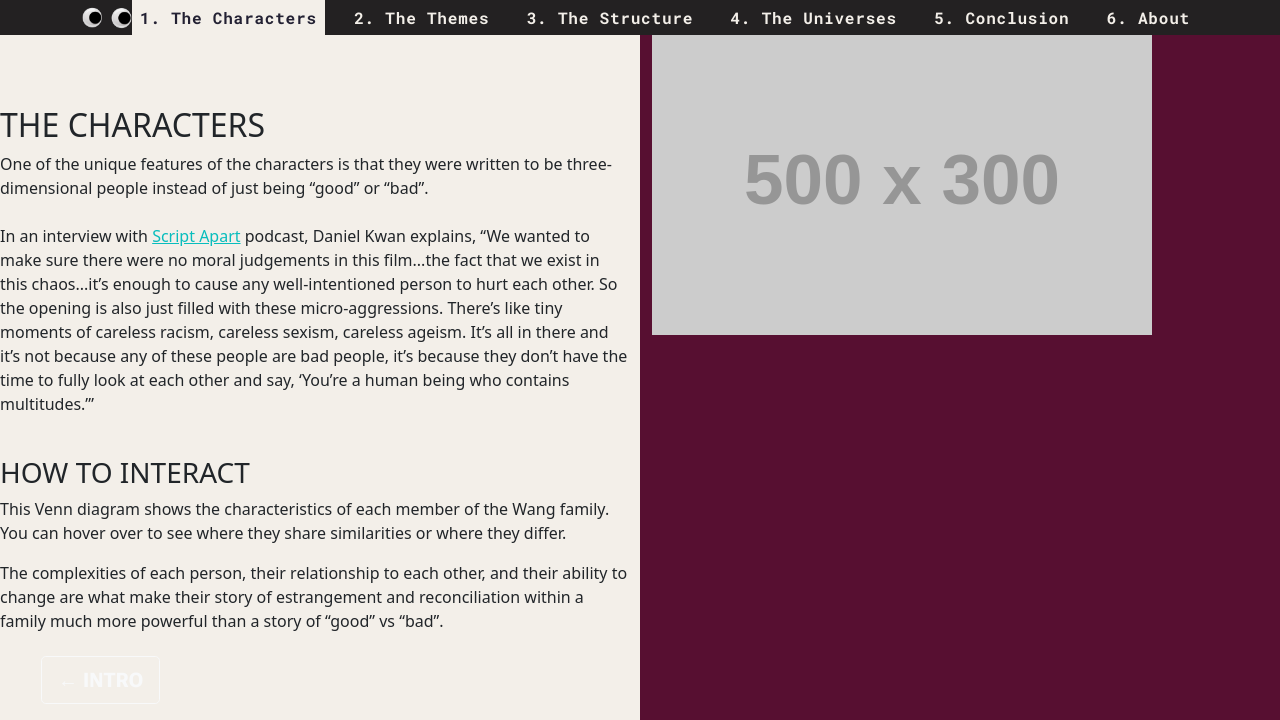
Repository: angelica-hom/msdv-thesis
Page: characters.html
The author's editor kept a record of every edit. The page is drawn from the files as they stood at one moment, then again after the next edit.
The browser window is 1280 px wide. The pictures show the whole page.

Above is the page before.

### characters.html
<!DOCTYPE html>
<html lang="en">
  <head>
    <meta charset="utf-8" />
    <meta name="viewport" content="width=device-width, initial-scale=1" />
    <link
      href="https://cdn.jsdelivr.net/npm/bootstrap@5.1.3/dist/css/bootstrap.min.css"
      rel="stylesheet"
    />
    <link href="characters.css" rel="stylesheet" />
    <title>Decoding Everything Everywhere All at Once</title>
  </head>
  <body>
    <nav class="navbar navbar-expand-lg navbar-custom">
      <div class="container">
        <a class="navbar-brand" href="index.html">
          <img
            src="images/Googly Eyes.png"
            alt="Decoding Everything Everywhere All at Once"
            height="50"
          />
        </a>
        <div class="collapse navbar-collapse" id="navbarNav">
          <ul class="navbar-nav mx-auto">
            <li class="nav-item">
              <!-- Add "btn-characters" class to the "Characters" button -->
              <a class="nav-link btn-selected" href="characters.html"
                >1. The Characters</a
              >
            </li>
            <li class="nav-item">
              <a class="nav-link" href="themes.html">2. The Themes</a>
            </li>
            <li class="nav-item">
              <a class="nav-link" href="structure.html">3. The Structure</a>
            </li>
            <li class="nav-item">
              <a class="nav-link" href="universes.html">4. The Universes</a>
            </li>
            <li class="nav-item">
              <a class="nav-link" href="conclusion.html">5. Conclusion</a>
            </li>
            <li class="nav-item">
              <a class="nav-link" href="about.html">6. About</a>
            </li>
          </ul>
        </div>
      </div>
    </nav>

    <div class="container-fluid">
      <div class="row">
        <div
          class="col-md-6 d-flex flex-column justify-content-center right-section"
        >
          <div id="content">
            <h2>THE <span class="bold">CHARACTERS</span></h2>
            <span class="subheading"
              >One of the unique features of the characters is that they were
              written to be three-dimensional people instead of just being
              “good” or “bad”.</span
            >
            <br /><br />
            <p>
              In an interview with
              <a
                href="https://screencraft.org/blog/script-apart-the-daniels-unpack-everything-everywhere-all-at-once/"
                target="_blank"
                >Script Apart</a
              >
              podcast, Daniel Kwan explains, “We wanted to make sure there were
              no moral judgements in this film...the fact that we exist in this
              chaos...it’s enough to cause any well-intentioned person to hurt
              each other. So the opening is also just filled with these
              micro-aggressions. There’s like tiny moments of careless racism,
              careless sexism, careless ageism. It’s all in there and it’s not
              because any of these people are bad people, it’s because they
              don’t have the time to fully look at each other and say, ‘You’re a
              human being who contains multitudes.’”
            </p>
            <br />
            <h3>HOW TO INTERACT</h3>
            <p>
              This Venn diagram shows the characteristics of each member of the
              Wang family. You can hover over to see where they share
              similarities or where they differ.
            </p>
            <p>
              The complexities of each person, their relationship to each other,
              and their ability to change are what make their story of
              estrangement and reconciliation within a family much more powerful
              than a story of “good” vs “bad”.
            </p>
          </div>
          <div class="nav-sticky-bottom">
            <div class="d-flex justify-content-between">
              <a href="intro.html" class="btn btn-outline-light btn-lg"
                ><span class="button-bold">← INTRO</span></a
              >
              <a href="themes.html" class="btn btn-outline-light btn-lg"
                >THE <span class="button-bold">THEMES →</span></a
              >
            </div>
          </div>
        </div>

        <div class="col-md-6 left-section">
          <img
            src="https://via.placeholder.com/500x300"
            alt="Static image"
            class="img-fluid"
          />
        </div>
      </div>
    </div>

    <script src="characters.js"></script>
    <script src="https://cdn.jsdelivr.net/npm/@popperjs/core@2.11.6/dist/umd/popper.min.js"></script>
    <script src="https://cdn.jsdelivr.net/npm/bootstrap@5.1.3/dist/js/bootstrap.min.js"></script>
    <script src="https://code.highcharts.com/highcharts.js"></script>
    <script src="https://code.highcharts.com/modules/venn.js"></script>
    <script src="https://code.highcharts.com/modules/exporting.js"></script>
    <script src="https://code.highcharts.com/modules/accessibility.js"></script>
  </body>
</html>

### characters.css
@import url('https://fonts.googleapis.com/css2?family=Roboto+Flex:wght@100;200;300;400;500;600;700;800;900;1000&display=swap');
@import url('https://fonts.googleapis.com/css2?family=Roboto+Mono:ital,wght@0,100;0,200;0,300;0,400;0,500;0,600;0,700;1,100;1,200;1,300;1,400;1,500;1,600;1,700&display=swap');

body, html {
    margin: 0;
    height: 100%;
    overflow-x: hidden;
}

.container-fluid {
    height: calc(100% - 35px); /* Subtract navbar height */
    padding: 0;
}

.row {
    height: 100%;
}

/* NAVBAR */
.navbar-custom {
    margin-bottom: 0;
    height: 35px;
    align-items: center; /* Center the navbar content vertically */
    background-color: #232122; /* New navbar background color */
    width: 100%; /* Make the navbar container wider */
    font-family: 'Roboto Mono', monospace; /* Specify the font family */
    font-weight: 700;
}

.navbar-custom .navbar-brand,
.navbar-custom .nav-link {
    color: #F3EFE9;
    padding: 0;
    line-height: 35px;
    font-size: 16px;
    letter-spacing: 0.05em;
    font-family: 'Roboto Mono', monospace;
    margin: 0; /* Add a margin to create more space between nav items */
}

.navbar-custom .navbar-nav {
    flex-grow: 1;
    display: flex;
    justify-content: space-between; /* Spread out the nav items */
}

.navbar-custom .nav-link:hover {
    color: #232122;
    background-color: #F3EFE9; /* New background color on hover */
}

/* Change the background-color and color for the "Characters" button */
.btn-selected {
    background-color: #F3EFE9 !important;
    color: #232133 !important;
}

/*a:focus, a:active, a:hover {*/
/*  outline: none;*/
/*  text-decoration: none;*/
  /*color: #F3EFE9; /* Set the desired color for the links */
/*}*/

/* Change the color of an inactive (unvisited) hyperlink */
a {
    color: #08BDBD; /* Replace with your desired color */
}

/* Change the color of a hyperlink when hovered over */
a:hover {
    color: #5A9; /* Replace with your desired color */
}

/* RIGHT SECTION STYLE */
.right-section {
    background-color: #F3EFE9;
}

/* LEFT SECTION STYLE */
.left-section {
    background-color: #570F31;
    color: #FFF; /* Set text color to white for better contrast */
    justify-content: flex-start!important;
    position: relative;
}

.left-section #content {
    padding: 25px;
}

.left-section #content h2 {
    font-family: 'Roboto Flex', sans-serif;
    font-style: normal;
    font-weight: 200;
    font-size: 45px;
}

.left-section #content .subheading {
    font-family: 'Roboto Flex', sans-serif;
    font-style: normal;
    font-weight: 700;
    font-size: 16px;
}

.left-section #content h3 {
    font-family: 'Roboto Flex', sans-serif;
    font-style: normal;
    font-weight: 700;
    font-size: 16px;
}

@media (max-width: 768px) {
  h2 {
    font-size: 28px;
  }
}

.left-section #content .bold {
    font-weight: 800;
}

.left-section #content p {
    font-family: 'Roboto Mono', monospace;
    font-style: normal;
    font-weight: 400;
    font-size: 15px;
}

.justify-content-between {
    padding: 0px 25px!important;
    font-family: 'Roboto Flex', sans-serif!important;
}

.button-bold {
    font-weight: 800;
}

.nav-sticky-bottom {
    position: absolute;
    bottom: 0;
    left: 0;
    right: 0;
    padding: 1rem;
}

/* VISUALIZATION */
.vertical-center {
  margin: 0;
  position: relative;
  top: 50%;
  -ms-transform: translateY(-50%);
  transform: translateY(-50%);
}

### characters.js
document.addEventListener('keydown', function (event) {
    if (event.code === 'ArrowLeft') {
        window.location.href = 'intro.html';
    }
});

document.addEventListener('keydown', function (event) {
    if (event.code === 'ArrowRight') {
        window.location.href = 'themes.html';
    }
});

After the next edit:
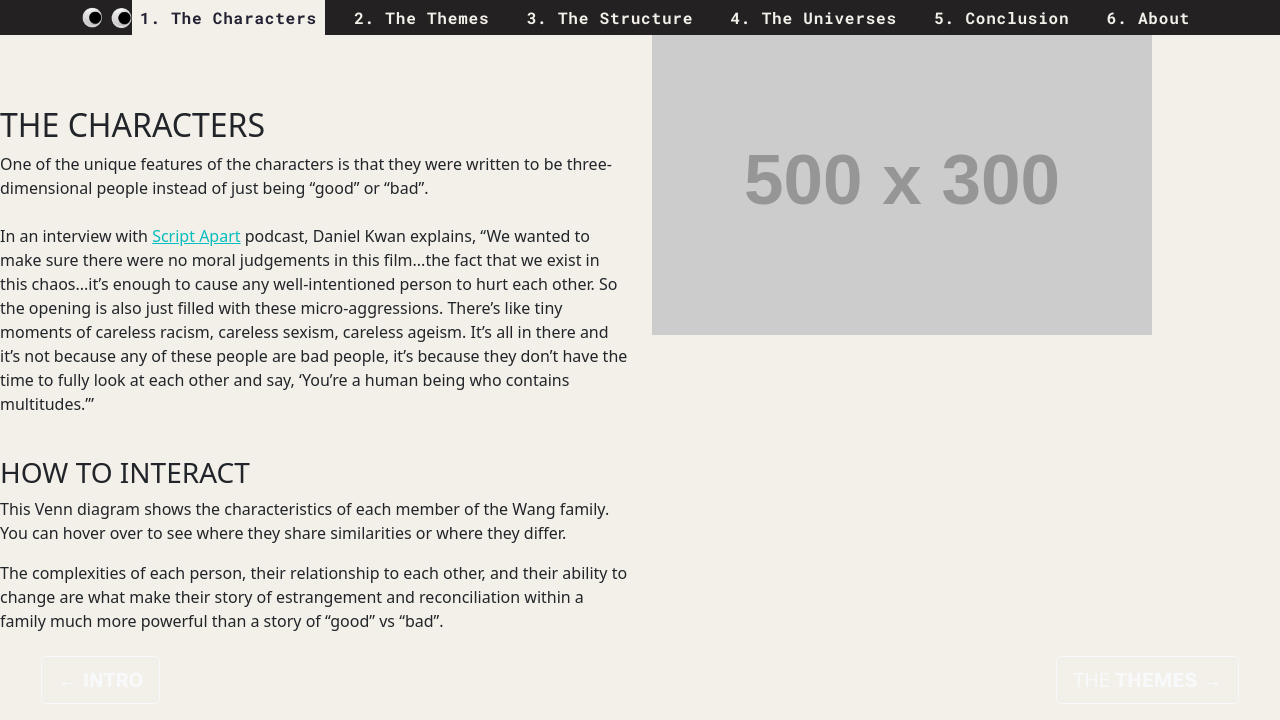
The edit:
--- a/characters.html
+++ b/characters.html
@@ -104,7 +104,7 @@
           </div>
         </div>
 
-        <div class="col-md-6 left-section">
+        <div class="col-md-6 right-section">
           <img
             src="https://via.placeholder.com/500x300"
             alt="Static image"
